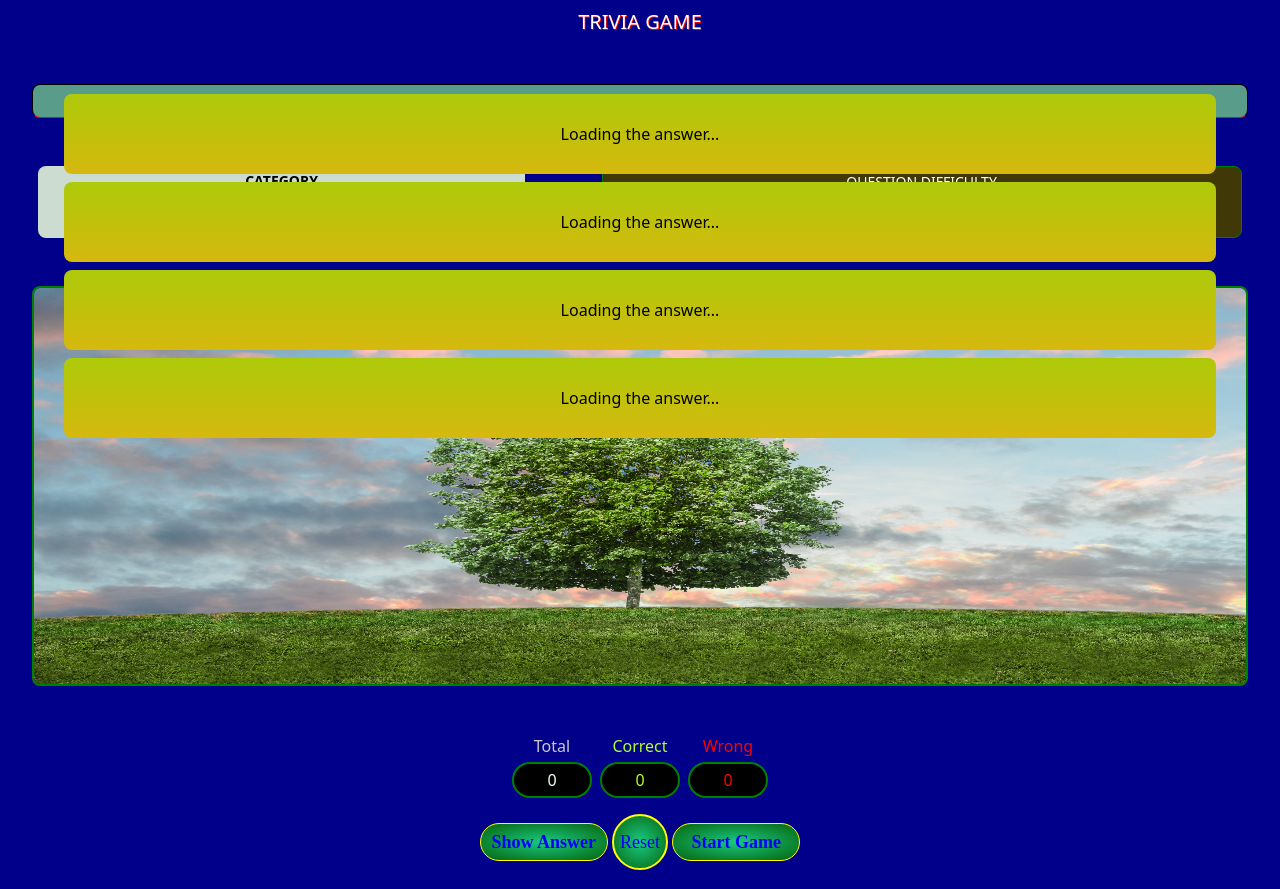
Repository: ShindanoSingi/bembe-trivia
Page: index.html
An editor plug-in stored every save of this project. The page is shown before and after the next save, followed by the edit.
The browser window is 1280 px wide. The pictures show the whole page.
Some web libraries are served in a nearby version.

Above is the page before, as saved 2022-09-08 01:01:51.

### index.html
<!DOCTYPE html>
<html lang="en">

    <head>
        <meta charset="UTF-8">
        <meta http-equiv="X-UA-Compatible" content="IE=edge">
        <meta name="viewport" content="width=device-width, initial-scale=1.0">
        <link rel="stylesheet" href="style.css">
        <script src="https://cdn.tailwindcss.com"></script>
        <title>Trivia Game</title>
    </head>

    <body class="">
        <div class="containerBox max-h-[100vh] my-2 flex flex-col gap-[3rem]">
            <h1 class="text-center text-xl" >TRIVIA GAME</h1>
            <div class="questionBox text-center w-[95vw] px-2 h-[6.5rem] p-1 mx-auto rounded-lg">
                Please select one of question difficulties, then click on start the game button.
            </div>
            <div class="category-and-difficulty-container items-center justify-around flex">
                <div class="category-container w-[38vw] h-[4.5rem] bg-[#CDDCD1] flex items-center flex-col py-[0.3rem] rounded-lg">
                    <div class="labelCategory text-sm font-bold text-black">CATEGORY</div>
                    <div class="category text-sm text-center p-1 rounded-lg">
                        Loading category...
                    </div>
                </div>
                <div class="qDifficultyBox w-[50vw] pb-1 rounded-lg items-center flex h-[4.5rem] justify-around flex-col">
                        <div id="question" class="qCat text-sm">QUESTION DIFFICULTY</div>
                        <div class="difficulties-container flex gap-1">
                            <button class="difficulty px-1.5 text-sm rounded-full" id="easy">Easy</button>
                            <button class="difficulty px-1.5 rounded-full text-sm" id="medium">Medium</button>
                            <button class="difficulty px-1.5 text-sm rounded-full" id="hard">Hard</button>
                    </div>
                </div>
            </div>
            <div class="imgAndQuestions">
                <img class="w-[95vw] h-[25rem] mx-auto" src="pexels-skitterphoto-9198.jpg" alt="nature image">
                <div class="answersButtons absolute bottom-[17.6rem] ml-[5vw] flex space-y-2 items-center  flex-col">
                    <button class="showAnswer w-[90vw] p-1 absolute bottom-[17rem] mx-auto text-sm h-[5rem]">Loading the answer...</button>
                    <button class="response w-[90vw] p-1 text-center text-md h-[5rem]" id="response1">Loading the answer...</button>
                    <button class="response w-[90vw] p-1 text-md h-[5rem]" id="response2">Loading the answer...</button>
                    <button class="response w-[90vw] p-1 text-md h-[5rem]" id="response3">Loading the answer...</button>
                    <button class="response w-[90vw] p-1 text-md h-[5rem]" id="response4">Loading the answer...</button>
                    </div>
                </div>

            <div id="bottomPart" class="flex  mx-auto flex-col items-center gap-4">
                <div class="labelsAndButtons relative left-1 flex space-x-2">
                    <div class="question-number flex flex-col items-center">
                        <p class="labels pb-1" id="labelQ">Total</p>
                        <div class="bottombuttons w-[5rem] text-center py-1" id="questionNumber">0</div>
                    </div>
                    <div class="correct-answers flex flex-col items-center">
                        <p class="labels pb-1" id="labelC">Correct</p>
                        <div class="bottombuttons w-[5rem] text-center py-1" id="correct">0</div>
                    </div>
                    <div class="wrong-answers flex flex-col items-center">
                        <p class="labels pb-1" id="labelW">Wrong</p>
                        <div class="bottombuttons w-[5rem] text-center py-1" id="wrong">0</div>
                    </div>
                    <div class="timerQuestionCorrectWrong"></div>
                </div>
                <div class="threeBottomButtons">
                    <button class="w-[8rem] text-lg py-1" id="showAnswer">Show Answer</button>
                    <button class="reset text-lg p-1 w-[3.5rem] h-[3.5rem] rounded-full">Reset</button>
                    <button class="startGame text-lg w-[8rem] py-1">Start Game</button>
                </div>
            </div>
            </div>
        <script src="./script.js"></script>
    </body>
</html>

### style.css

/* iPhone 8 and smaller */

    /*  Set h1 text to red */
    h1 {
        color: #fff;
        text-shadow: 0.05rem 0.05rem red;
    }

    /* The box containing the question */
    .questionBox {
        color: rgb(0, 0, 0);
        border: 0.02rem solid;
        background-color: rgb(89, 156, 138);
        border-bottom-color: red;
    }

    /* Label for category */
    .labelCategory {
        color: white;
    }

    /* The show answer message box */
    .showAnswer {
        color: honeydew;
        visibility: hidden;
        border: 0.1rem solid green;
        border-radius: 0.5rem;
        background-color:rgb(2, 27, 3);
    }
    /*  Individual difficulty button */
    .difficulty {
        background-image: linear-gradient(rgb(16, 221, 142), rgb(4, 58, 7));
        border: 0.2rem solid rgb(21, 139, 35);
        color: white;
    }

    /*  Class containing all difficulty buttons */
    .difficulties-container {
        border-color: green;
    }
    /* The box containing difficulty buttons */
    .qDifficultyBox {
        border: 0.14vh solid green;
        background-color: rgb(65, 56, 8);
        color: white;
    }

    /* image */
    img {
        border: 0.15rem solid green;
        border-radius: 0.5rem;
    }
    /* all response buttons */
    .response {
        border-color: green;
        background-image: linear-gradient(rgb(173, 202, 9), rgb(214, 184, 14));
        color: black;
        border-radius: 0.5rem;
    }
    /* All response buttons */
    .response:hover {
        background-image: linear-gradient(rgb(32, 90, 165), rgb(72, 168, 192));
    }

    /* Show answer button */
    #showAnswer {
        color: blue;
        border: 0.54vh solid green;
        border: 0.27vh solid yellow;
        border-radius: 20rem;
        font-family: cursive;
        font-weight: bold;
        background-image: radial-gradient(rgb(25, 201, 133), rgb(6, 99, 10));
    }
    #showAnswer:hover {
        background-image: radial-gradient(rgb(201, 25, 25), rgb(93, 99, 6));
        color: white;
    }
    /* Start game button */
    .startGame {
        color: blue;
        border: 0.54vh solid green;
        border: 0.27vh solid yellow;
        border-radius: 20rem;
        font-family: cursive;
        font-weight: bold;
        background-image: radial-gradient(rgb(25, 201, 133), rgb(6, 99, 10));
    }
    /* Start game button */
    .startGame:hover {
        background-image: radial-gradient(rgb(201, 25, 25), rgb(93, 99, 6));
        color: white;
    }
    /* Reset button */
    .reset {
        color: blue;
        border: 0.5rem solid green;
        border: 0.15rem solid yellow;
        font-family: cursive;
        background-image: radial-gradient(rgb(25, 201, 133), rgb(6, 99, 10));
    }
    /* Reset button */
    .reset:hover {
        background-image: radial-gradient(rgb(201, 25, 25), rgb(93, 99, 6));
        color: white;
    }

    /* Class containing the 3 bottom labels  (total questions, correct answers and wrong answers) */
    .question-number {
        color: rgb(205, 200, 200);
    }

    .correct-answers {
        color: greenyellow;
    }

    .wrong-answers {
        color: red;
    }

    /* The bottom boxes for total question number, correct answers and wrong answers */
    .bottombuttons {
        border: 0.15rem solid green;
        background-color: black;
        color: honeydew;
        border-radius: 2rem;
    }

    /* Set the wrong anser to red */
    #wrong {
        color: rgb(255, 0, 0);
    }
    /* Set the correct anser to green */
    #correct {
        color: greenyellow;
    }

    /* Change the color when "easy" button is hovered over */
    #easy:hover {
        background-image: linear-gradient(rgb(202, 9, 9), rgb(214, 184, 14));
    }
    /* Change the color when "easy" button is hovered over */
    #medium:hover {
        background-image: linear-gradient(rgb(202, 9, 9), rgb(214, 184, 14));
    }
    /* Change the color when "easy" button is hovered over */
    #hard:hover {
        background-image: linear-gradient(rgb(202, 9, 9), rgb(214, 184, 14));
    }

    body {
      background-color: darkblue;
    }

### script.js
// Declaring variables

// Capture win window
let winWindow = document.querySelector('.win');

// Declae win reset button
let winResetButton = document.querySelector('.winReset');

// define lose reset button
let loseResetButton = document.querySelector('.loseReset');

// define lose window
let loseWindow = document.querySelector('.lose');

// define win image
let winImage = document.querySelector('.winImage')

// define a message if the payer loses the game
let loseMessage = document.querySelector('#losePar');

// define
let video = document.querySelector('#myVideo');

// Get Body content
let body = document.querySelector('body');

// This will hold category information
let category = document.querySelector('.category');

// This will hold the question
let question = document.querySelector('.questionBox');

// This is for all response buttons
let answerButtons = document.querySelector('.answersButtons');

// Define difficulty buttons
let difficultyButtons = document.querySelector('.difficulties-container');

// Define image
let image = document.querySelector('img');

// Define audio button
let audioButton = document.querySelector('.audio');

// Declaring individual difficulty buttons
let easyButton = document.querySelector('#easy');
let mediumButton = document.querySelector('#medium');
let hardButton = document.querySelector('#hard');

// This is for individual responses
let response1 = document.querySelector('#response1');
let response2 = document.querySelector('#response2');
let response3 = document.querySelector('#response3');
let response4 = document.querySelector('#response4');

// Define the total number of questions' box.
let totNumQuestionsBox = document.querySelector('#questionNumber');

// This will hold number of correct answers
let cAnswer = document.querySelector('#correct');

// This will hold number of wrong answers
let wAnswer = document.querySelector('#wrong');

// Define the "show answer" button
let showAnswerButton = document.querySelector('#showAnswer');

let corrAnswer;

// Create new audio objects
// Code source: https://www.w3schools.com/jsref/met_audio_play.asp
let audio = new Audio('general-logo-13395.mp3');

let questionscoreCount = 0;
let correctAnswerScoreCount = 0;
let wrongAnswerscoreCount = 0;
let scoreCount = 0;
let clear = '';
let difficulty = '';

// Set winning scoreCount
let winningscoreCount = 6;

let highscoreCount = 0;

let startGame = document.querySelector('.startGame');

// Takes the response from fetch
let triviaQuestion;

// Define a global url which will be accessed by multiple functions
let url;

// Array of all Images/jpg
// https://www.pexels.com/search/environment/
let arrayImages = [];
arrayImages.push('pexels-ákos-szabó-440731.jpg');
arrayImages.push('pexels-atikul-haque-rafat-679598.jpg');
arrayImages.push('pexels-felix-mittermeier-957024.jpg');
arrayImages.push('pexels-ian-turnell-709552.jpg');
arrayImages.push('pexels-karolina-grabowska-5750182.jpg');
arrayImages.push('pexels-mahima-1250260.jpg');
arrayImages.push('pexels-mali-maeder-142497.jpg');
arrayImages.push('pexels-matthias-cooper-580900.jpg');
arrayImages.push('pexels-min-an-1131458.jpg');
arrayImages.push('pexels-minamarie-michell-570041.jpg');
arrayImages.push('pexels-olya-kobruseva-5236397.jpg');
arrayImages.push('pexels-pixabay-33044.jpg');
arrayImages.push('pexels-pixabay-221012.jpg');
arrayImages.push('pexels-pixabay-235615.jpg');
arrayImages.push('pexels-pixabay-259280.jpg');
arrayImages.push('pexels-pixabay-302804.jpg');
arrayImages.push('pexels-pixabay-414090.jpg');
arrayImages.push('pexels-pixabay-459225.jpg');
arrayImages.push('pexels-pixabay-459225.jpg');
arrayImages.push('pexels-pixabay-460621.jpg');
arrayImages.push('pexels-scott-webb-1048033.jpg');
arrayImages.push('pexels-skitterphoto-9198.jpg');
arrayImages.push('pexels-sohail-na-807598.jpg');

// for correct and wrong answer song; source code:
// https://www.dreamstime.com/stock-music-sound-effect/wrong-answer-answer.html

// Reset the game when the "Reset" button is clicked
let resetButton = document.querySelector('.reset');
resetButton.addEventListener('click', () => {

    // Code source: https://www.w3schools.com/jsref/met_audio_play.asp
    audio.volume = 0.2;

    // Refresh the page/window
    window.location.reload();
});

// Assign color to all answer buttons and call "play" function
let startButton = () => {

    // Increament the score count.
    scoreCount++;

    // Select all responses buttons.
    let responses = document.querySelectorAll('.response');
    responses.forEach(response => {
        response.style.backgroundImage = 'linear-gradient(rgb(173, 202, 9), rgb(57, 14, 214));'
    })

    // When the "Start The Game" button is presNexted, Call "play" function
    play();
}

// Select difficulty buttons
difficultyButtons.addEventListener('click', e => {

    // Target the element/button by its id.
    difficulty = e.target.id;

    // Only change the color "easy" button is selected, then enable "Start The Game"
    if (difficulty === 'easy') {

        // Only change the background of "easy button" to a different color, and let other bottons'
        // colors unchanged.
        e.target.style.backgroundImage = 'linear-gradient(rgb(9, 25, 202), rgb(81, 14, 214))';
        mediumButton.style.backgroundImage = `linear-gradient(rgb(16, 221, 142), rgb(4, 58, 7))`;
        hardButton.style.backgroundImage = `linear-gradient(rgb(16, 221, 142), rgb(4, 58, 7))`;

        // Start the Game when "Start The Game" is clicked
        let startGame = document.querySelector('.startGame');
        startGame.addEventListener('click', () => {
            startButton();
        });
    }

    // Only change the color "medium" button is selected, then enable "Start The Game"
    else if (difficulty === 'medium') {

        // Only change the background of "medium button" to a different color, and let other bottons'
        // colors unchanged.
        e.target.style.backgroundImage = 'linear-gradient(rgb(9, 25, 202), rgb(81, 14, 214))';
        easyButton.style.backgroundImage = `linear-gradient(rgb(16, 221, 142), rgb(4, 58, 7))`;
        hardButton.style.backgroundImage = `linear-gradient(rgb(16, 221, 142), rgb(4, 58, 7))`;

        // Start the Game when "Start The Game" is clicked
        startGame.addEventListener('click', () => {
            startButton();
        });
    }

    // Only change the color "hard" button is selected, then enable "Start The Game"
    else if (difficulty === 'hard') {

        // Only change the background of "hard button" to a different color, and let other bottons'
        // colors unchanged.
        e.target.style.backgroundImage = 'linear-gradient(rgb(9, 25, 202), rgb(81, 14, 214))';
        mediumButton.style.backgroundImage = `linear-gradient(rgb(16, 221, 142), rgb(4, 58, 7))`;
        easyButton.style.backgroundImage = `linear-gradient(rgb(16, 221, 142), rgb(4, 58, 7))`;



        // Start the Game when "Start The Game" is clicked
        startGame.addEventListener('click', () => {
            startButton();
        });
    }

    // Return the value of the chosen difficulty button.
    return difficulty;
})



// Play the game when the start game button is click.
function play() {

    // Define and get a random number
    // Source: https://www.w3schools.com/jsref/jsref_random.asp
    let randomQuestion = Math.floor(Math.random() * 10 + 9);

    // Get the question from the API
    // Source: https://opentdb.com/api_config.php
    url = `https://opentdb.com/api.php?amount=50&difficulty=${difficulty}&type=multiple`

    // Define an empty array that will hold the correct answer and 3 wrong answers
    let arr = [];

    // fetch the the result for the above url.
    fetch(url)
        .then(res => {
            return res.json()
        })

        .then(res => {

            triviaQuestion = res;

            // Capture the correct from the response
            corrAnswer = res.results[0].correct_answer;

            arr.push(res.results[0].correct_answer);
            arr.push(res.results[0].incorrect_answers[0])
            arr.push(res.results[0].incorrect_answers[2])
            arr.push(res.results[0].incorrect_answers[1])

            category.innerHTML = res.results[0].category
            question.innerHTML = res.results[0].question

            // Assigning answers to answers buttons
            response1.innerHTML = arr[0];
            response2.innerHTML = arr[1];
            response3.innerHTML = arr[2];
            response4.innerHTML = arr[3];

            // Shuffling the array to avoid answers pattern.
            for (let i = arr.length - 1; i > 0; i--) {
                let j = Math.floor(Math.random() * (i + 1))

                let tempNum = arr[i];
                arr[i] = arr[j];
                arr[j] = tempNum;
            }
        })
}


// Track the clicking event of each answerButton
answerButtons.addEventListener('click', (event) => {

    // Check if the selected answer is equal to correct answer
    if (event.target.innerText === triviaQuestion.results[0].correct_answer) {

        // Increment total number of question
        scoreCount++;

        // Increament the the number of correct answers.
        correctAnswerScoreCount++;

        // Write the correct answer in the correct answer box
        cAnswer.innerText = correctAnswerScoreCount;

        for (let i = arrayImages.length - 1; i > 0; i--) {
            let j = Math.floor(Math.random() * (i + 1))

            let tempNum = arrayImages[i];
            arrayImages[i] = arrayImages[j];
            arrayImages[j] = tempNum;
        }

        // Play a random video
        image.src = arrayImages[1];

        // Set the background of the correct answer to green
        event.target.style.backgroundImage = `linear-gradient(rgb(0, 255, 106),
        rgb(9, 106, 28))`;

        // Call the next question
        nextQuestion()
    }

    // Check if the selected answer is not equal to the correct answer
    else if (event.target.innerText !== triviaQuestion.results[0].correct_answer) {

        // Play this audio if the answer is incorrect
        let audioWrongAnswer = new Audio('wrongAnswer.mp3');


        for (let i = arrayImages.length - 1; i > 0; i--) {
            let j = Math.floor(Math.random() * (i + 1))

            let tempNum = arrayImages[i];
            arrayImages[i] = arrayImages[j];
            arrayImages[j] = tempNum;
        }

        // Play a random video
        image.src = arrayImages[0];

        // Incremment scoreCount
        scoreCount++;

        // Increament the the number of incorrect answers.
        wrongAnswerscoreCount++;

        // Set the background of the correct answer to red
        event.target.style.backgroundImage = 'linear-gradient(rgb(220, 7, 7), #fa0a0a)';

        // Write the incorrect answer in the wrong answer box
        wAnswer.innerHTML = wrongAnswerscoreCount;
    }

    // Call the next question
    nextQuestion();
})

// Refresh the window reset all numbers to 0 and all texts to empty.
function refreshWindow() {
    window.location.reload()
}

// This function runs when the player calls for the next question.
function nextQuestion() {


    // Source: https://www.w3schools.com/jsref/jsref_random.asp
    let randomQuestions = Math.floor(Math.random() * 10 + 9);

    let urlNext = `https://opentdb.com/api.php?amount=1&category=${randomQuestions}&type=multiple`

    let arrNext = [];

    fetch(urlNext)
        .then(resNext => {
            return resNext.json()
        })

        .then(resNext => {

            // Capture the correct from the response
            corrAnswer = resNext.results[0].correct_answer;

            // Assign the response from fetch to triviaQuestion
            triviaQuestion = resNext;

            arrNext.push(resNext.results[0].correct_answer);
            arrNext.push(resNext.results[0].incorrect_answers[0])
            arrNext.push(resNext.results[0].incorrect_answers[2])
            arrNext.push(resNext.results[0].incorrect_answers[1])

            // Shuffling the array to avoid answers pattern.
            // source: https://www.geeksforgeeks.org/how-to-shuffle-an-array-using-javascript/

            for (let i = arrNext.length - 1; i > 0; i--) {
                let j = Math.floor(Math.random() * (i + 1))

                let tempNums = arrNext[i];
                arrNext[i] = arrNext[j];
                arrNext[j] = tempNums;
            }

            // Assigning original coloanswers to answers buttons
            response1.innerHTML = arrNext[0];
            response1.style.backgroundImage = 'linear-gradient(rgb(173, 202, 9), rgb(57, 14, 214))'

            response2.innerHTML = arrNext[1];
            response2.style.backgroundImage = 'linear-gradient(rgb(173, 202, 9), rgb(57, 14, 214))'

            response3.innerHTML = arrNext[2];
            response3.style.backgroundImage = 'linear-gradient(rgb(173, 202, 9), rgb(57, 14, 214))'

            response4.innerHTML = arrNext[3];
            response4.style.backgroundImage = 'linear-gradient(rgb(173, 202, 9), rgb(57, 14, 214))'

            category.innerHTML = resNext.results[0].category
            question.innerHTML = resNext.results[0].question

            console.log(resNext.results[0])

        })
}

// Display the answer if the "show Andwer" button is clicked for 1 second, then hide the answer.
showAnswerButton.addEventListener('click', () => {
    let answerBox = document.querySelector('.showAnswer');

    setTimeout(function () {
        answerBox.style.visibility = 'visible';
        answerBox.style.zIndex = '100';

        answerBox.innerHTML = corrAnswer;
        //Hide the answer
        setTimeout(function () {
            answerBox.style.visibility = 'hidden';

        }, 1000)
    }, 1000)

    if (answerBox.innerHTML === 'undefined') {
        answerBox.innerHTML = "Loading the answer...";
    }
    else {
        answerBox.innerHTML = "Loading the answer...";
    }
})

After the next save:
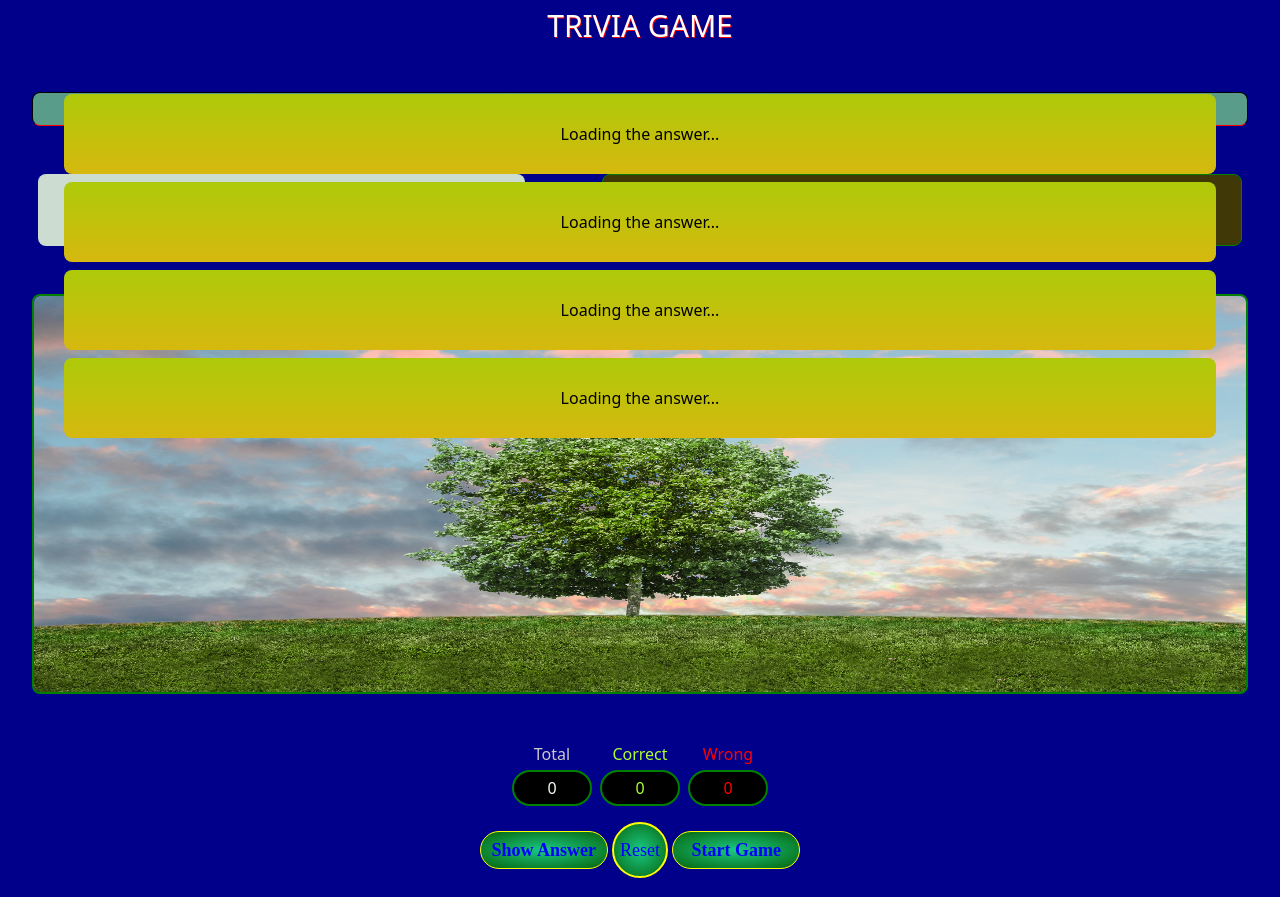
Saved 41 s later.
--- a/index.html
+++ b/index.html
@@ -12,7 +12,7 @@
 
     <body class="">
         <div class="containerBox max-h-[100vh] my-2 flex flex-col gap-[3rem]">
-            <h1 class="text-center text-xl" >TRIVIA GAME</h1>
+            <h1 class="text-center text-3xl" >TRIVIA GAME</h1>
             <div class="questionBox text-center w-[95vw] px-2 h-[6.5rem] p-1 mx-auto rounded-lg">
                 Please select one of question difficulties, then click on start the game button.
             </div>
